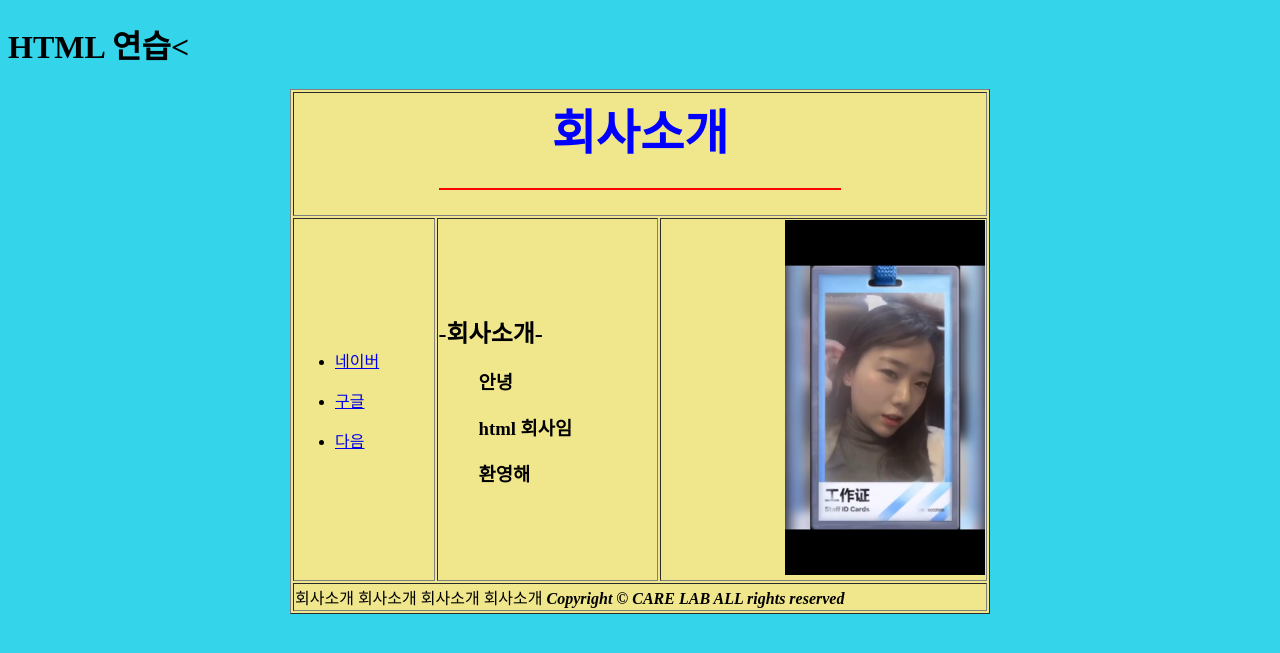
Repository: sika5382/jsp
Page: html/WebContent/NewFile2.html
The author's editor kept a copy of each file at every save. The page is drawn from the files as they stood at one save, then again after the next save.
The browser window is 1280 px wide. The pictures show the whole page.

Above is the page before, as saved 2020-10-29 08:31:02.

After the next save:
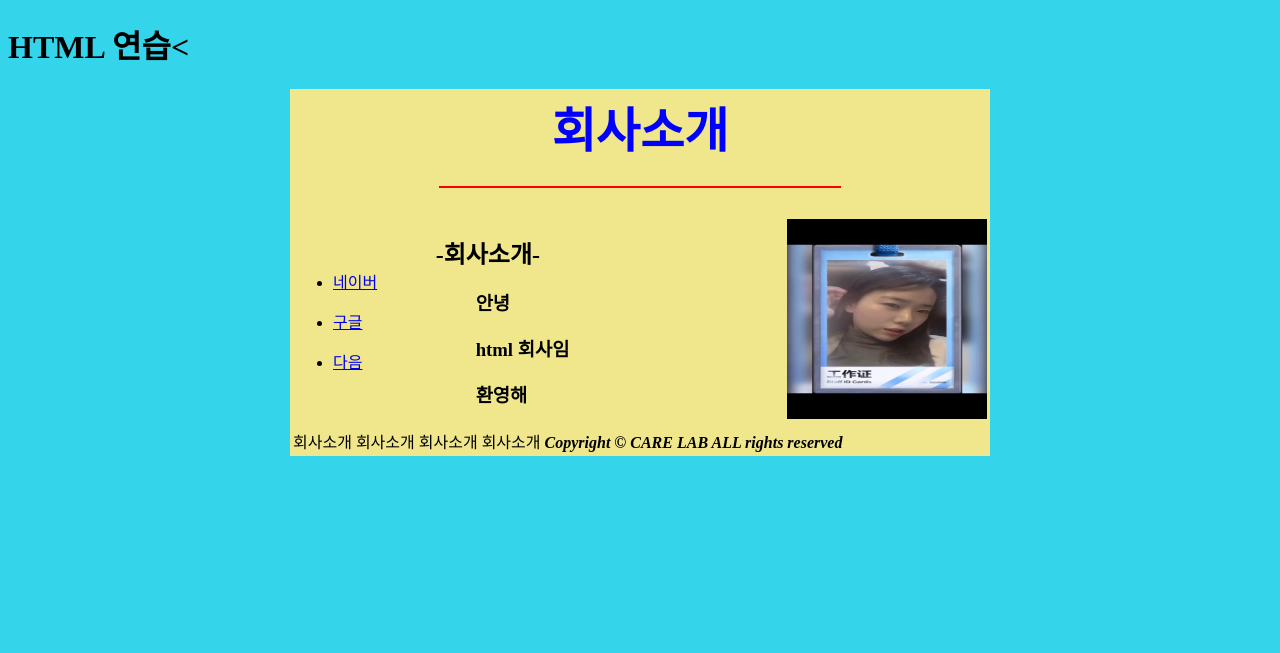
Saved 2 min 38 s later.
--- a/html/WebContent/NewFile2.html
+++ b/html/WebContent/NewFile2.html
@@ -9,7 +9,7 @@
 		HTML 연습<
 
 	</h1>
-		<table border="1" align="center" width="700" bgcolor="khaki">
+		<table  align="center" width="700" bgcolor="khaki">
 
 			<tr>
 				<th colspan="3">
@@ -47,9 +47,14 @@
 					</h3>
 				</td>
 				<td align = "right">
-					<a href="aa.jpg">
-						<img src="aa.jpg" width = "200">
-					</a>
+					<form action = "">
+
+							<a href="Newfile1.html">
+								<img src="aa.jpg" width = "200" height = "200" >
+
+							</a>
+
+					</form>
 				</td>
 			</tr>
 			<tr>
